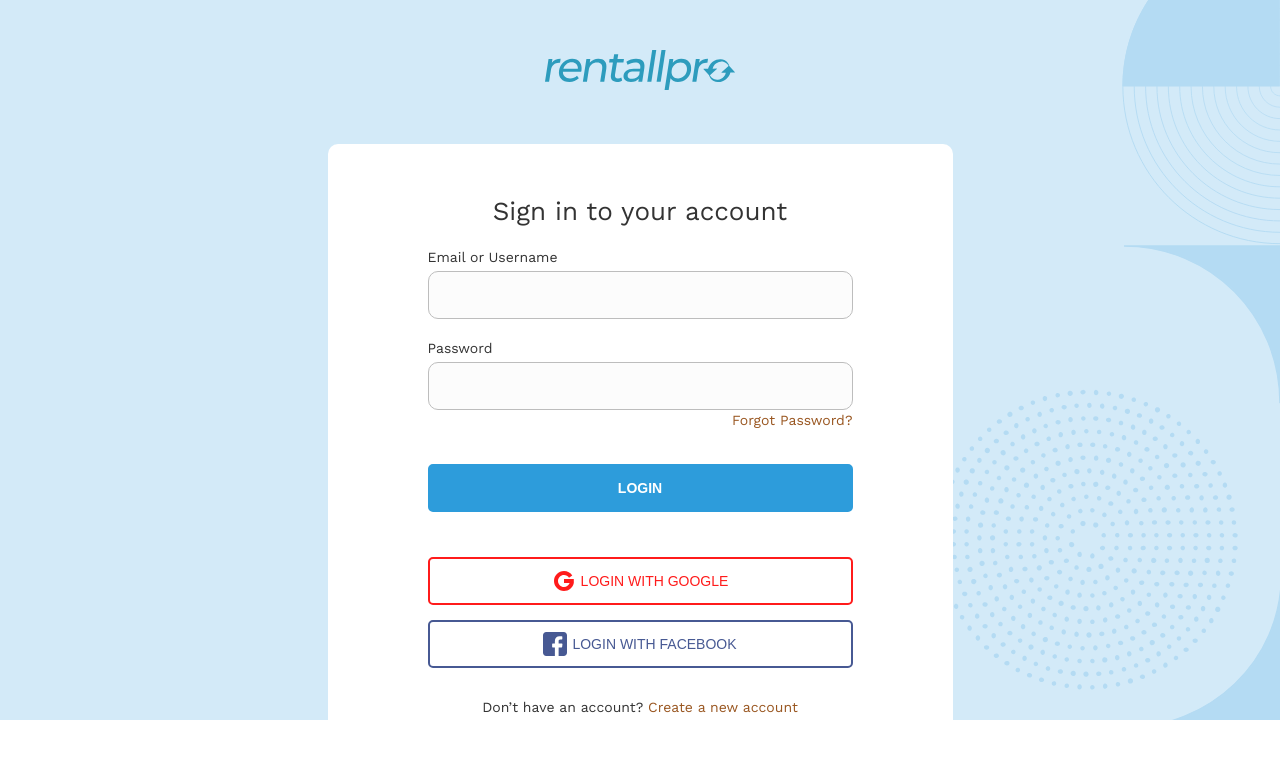
Repository: RentallPro/rentallpro-frontend
Page: /
The author's editor kept a copy of each file at every save. The page is drawn from the files as they stood at one save, then again after the next save.
The browser window is 1280 px wide. The pictures show the whole page.
The project was rebuilt for these pictures with package versions that can differ from the ones it lists, and the page was loaded fresh each time.

Above is the page before, as saved 2020-12-10 00:12:27.

### public/index.html
<!DOCTYPE html>
<html lang="en">
  <head>
    <meta charset="utf-8">
    <meta http-equiv="X-UA-Compatible" content="IE=edge">
    <meta name="viewport" content="width=device-width,initial-scale=1.0">
    <link rel="icon" href="<%= BASE_URL %>favicon.ico">
    <link href="https://fonts.googleapis.com/css?family=Work+Sans&display=swap" rel="stylesheet">
    <title><%= htmlWebpackPlugin.options.title %></title>
  </head>
  <body>
    <noscript>
      <strong>We're sorry but <%= htmlWebpackPlugin.options.title %> doesn't work properly without JavaScript enabled. Please enable it to continue.</strong>
    </noscript>
    <div id="app"></div>
    <!-- built files will be auto injected -->
  </body>
</html>

### src/App.vue
<template>
  <div id="app">
    <router-view/>
  </div>
</template>

<style lang="scss">
* {
  margin: 0;
  padding: 0;
  box-sizing: border-box;
}
#app {
  font-family: 'Work Sans', sans-serif;
}
button {
  cursor: pointer;
}
</style>

### src/router/index.js
import Vue from 'vue'
import VueRouter from 'vue-router'
import Home from '../views/Auth/Home.vue'

Vue.use(VueRouter)

const routes = [
  {
    path: '/',
    name: 'Home',
    component: Home
  },
  {
    path: '/signup',
    name: 'SignUp',
    // route level code-splitting
    // this generates a separate chunk (about.[hash].js) for this route
    // which is lazy-loaded when the route is visited.
    component: () => import(/* webpackChunkName: "about" */ '../views/Auth/SignUp.vue')
  },
  {
    path: '/reset-password',
    name: 'ResetPassword',
    // route level code-splitting
    // this generates a separate chunk (about.[hash].js) for this route
    // which is lazy-loaded when the route is visited.
    component: () => import(/* webpackChunkName: "about" */ '../views/Auth/ResetPassword.vue')
  }
]

const router = new VueRouter({
  mode: 'history',
  base: process.env.BASE_URL,
  routes
})

export default router

### src/views/Auth/Home.vue
<template>
  <div class="auth signin">
    <div class="form-container">
      <div class="logo"><img src="@/assets/logo.svg" alt="logo"></div>
      <div class="form-wrapper">
        <h3 class="form-title">Sign in to your account</h3>
        <div class="input">
          <label for="Email">Email or Username</label>
          <input type="text">
        </div>
        <div class="input">
          <label for="password">Password</label>
          <input :type='passwordFieldType' v-model="password">
          <p><router-link :to="{name: 'ResetPassword'}">Forgot Password?</router-link></p>
        </div>
        <button class="login-button button">
          LOGIN
        </button>
        <div class="social-buttons">
          <button class="google-button button">
            <div class="flex">
              <svg width="24" height="24" viewBox="0 0 24 24" fill="none" xmlns="http://www.w3.org/2000/svg">
                <path d="M6 12C6 15.3137 8.68629 18 12 18C14.6124 18 16.8349 16.3304 17.6586 14H12V10H21.8047V14H21.8C20.8734 18.5645 16.8379 22 12 22C6.47715 22 2 17.5228 2 12C2 6.47715 6.47715 2 12 2C15.445 2 18.4831 3.742 20.2815 6.39318L17.0039 8.68815C15.9296 7.06812 14.0895 6 12 6C8.68629 6 6 8.68629 6 12Z" fill="#FF1B1B"/>
              </svg>
              <span>LOGIN WITH GOOGLE</span>
            </div>
          </button>
          <button class="facebook-button button">
            <div class="flex">
              <svg width="24" height="24" viewBox="0 0 24 24" fill="none" xmlns="http://www.w3.org/2000/svg">
                <path d="M20.7657 0H3.23405C1.44797 0 0 1.44791 0 3.23405V20.7658C0 22.552 1.44791 23.9999 3.23405 23.9999H11.8806L11.8953 15.4236H9.66721C9.37765 15.4236 9.14264 15.1895 9.14152 14.8999L9.13084 12.1354C9.12972 11.8443 9.36544 11.6077 9.65659 11.6077H11.8806V8.93651C11.8806 5.83661 13.7739 4.14869 16.5392 4.14869H18.8083C19.0986 4.14869 19.3341 4.38406 19.3341 4.67444V7.00547C19.3341 7.29573 19.0988 7.53104 18.8086 7.53122L17.4161 7.53187C15.9122 7.53187 15.621 8.24648 15.621 9.29522V11.6078H18.9255C19.2404 11.6078 19.4847 11.8827 19.4476 12.1954L19.1199 14.9599C19.0885 15.2244 18.8642 15.4237 18.5978 15.4237H15.6357L15.621 24H20.7658C22.5519 24 23.9998 22.5521 23.9998 20.766V3.23405C23.9998 1.44791 22.5519 0 20.7657 0Z" fill="#475993"/>
              </svg>
              <span>LOGIN WITH FACEBOOK</span>
            </div>
          </button>
        </div>
        <p class="option">Don’t have an account? <span><router-link :to="{name: 'SignUp'}">Create a new account</router-link></span></p>
      </div>
    </div>
  </div>
</template>

<script>
// @ is an alias to /src


</script>
<script src="./Home.js"></script>

<style lang="scss" src="./Home.scss" scoped></style>

### src/views/Auth/Home.scss
.signin {
    height: 100vh;
    padding-top: 50px;
}
.signup {
    padding: 100px 0;
}
.auth {
    background: #D3EAF8;
    background-image: url(../../assets/Patern.svg);
    background-repeat: no-repeat;
    background-position-y: top;
    background-position-x: right;
    width: 100%;
    .form-container {
        max-width: 625px;
        display: block;
        margin: auto;
        .button {
            height: 48px;
            width: 100%;
            border-radius: 5px;
            font-size: 14px;
            line-height: 18px;
        }
        .logo {
            text-align: center;
        }
        .form-wrapper {
            width: 100%;
            padding: 50px 100px;
            background: #FFFFFF;
            border-radius: 10px;
            margin-top: 50px;
            .small-text {
                font-style: normal;
                font-weight: normal;
                font-size: 16px;
                line-height: 21px;
                color: #333333;
                margin-top: 12px;
                margin-bottom: 40px;
                text-align: center;
            }
            .form-title {
                font-style: normal;
                font-weight: 500;
                font-size: 26px;
                line-height: 34px;
                color: #333333;
                text-align: center;
            }
            .input {
                display: flex;
                flex-direction: column;
                margin-top: 20px;
                label {
                    font-style: normal;
                    font-weight: normal;
                    font-size: 14px;
                    line-height: 18px;
                    color: #333333;
                }
                input {
                    height: 48px;
                    background: #FCFCFC;
                    border: 1px solid #BDBDBD;
                    border-radius: 10px;
                    margin-top: 5px;
                    padding: 5px 15px;
                }
                p {
                    text-align: right;
                    a {
                        font-weight: normal;
                        font-size: 14px;
                        line-height: 18px;
                        color: #995620;
                        margin-top: 5px;
                        text-decoration: none;
                    }
                }
            }
            .login-button {
                background: #2D9CDB;
                border: 2px solid #2D9CDB;
                font-style: normal;
                font-weight: bold;
                color: #FFFFFF;
                margin-top: 35px;
            }
            .social-buttons {
                margin-top: 45px;
                .google-button {
                    color: #FF1B1B;
                    border: 2px solid #FF1B1B;
                    font-weight: 500;
                    background-color: #FFFFFF;
                    display: flex;
                    align-items: center;
                    justify-content: center;
                    .flex {
                        display: flex;
                        align-items: center;
                        span {
                            margin-left: 5px;
                        }
                    }
                }
                .facebook-button {
                    color: #475993;
                    border: 2px solid #475993;
                    background-color: #FFFFFF;
                    font-weight: 500;
                    margin-top: 15px;
                    display: flex;
                    align-items: center;
                    justify-content: center;
                    .flex {
                        display: flex;
                        align-items: center;
                        span {
                            margin-left: 5px;
                        }
                    }
                }
            }
            .option {
                font-style: normal;
                font-weight: normal;
                font-size: 14px;
                line-height: 18px;
                color: #333333;
                text-align: center;
                margin-top: 30px;
                a {
                    color: #995620;
                    text-decoration: none;
                }
            }
        }
    }
}
@media screen and (max-width: 768px) {
    .signin {
        height: auto;
    }
    .auth {
        background-image: none;
        background-color: #FFFFFF;
        .form-container {
            padding-top: 75px;
            .logo {
                img {
                    height: 24px;
                }
            }
            .form-wrapper {
                padding: 20px;
            }
        }
    }
}

### src/views/Auth/Home.js
export default {
    name: 'Home',
    components: {
    },
    data() {
        return {
            password: '',
            passwordFieldType: 'password'
        }
    },
    methods: {
        switchVisibility() {
          this.passwordFieldType = this.passwordFieldType === 'password' ? 'text' : 'password'
        }
    }
  }

Loaded but not shown: src/main.js (common file); src/store/index.js (common file)

After the next save:
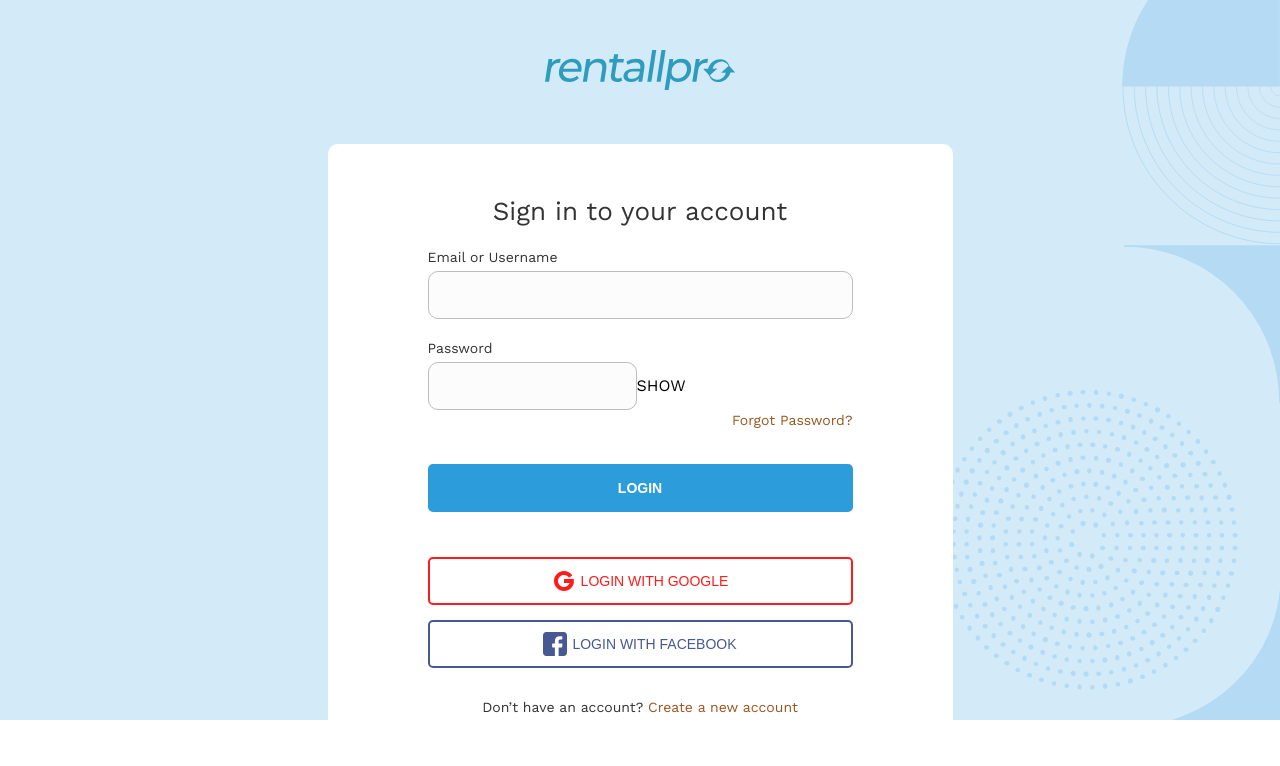
Saved 2 min 47 s later.
--- a/src/views/Auth/Home.vue
+++ b/src/views/Auth/Home.vue
@@ -10,7 +10,10 @@
         </div>
         <div class="input">
           <label for="password">Password</label>
-          <input :type='passwordFieldType' v-model="password">
+          <div>
+            <input :type='passwordFieldType' v-model="password">
+            <span>SHOW</span>
+          </div>
           <p><router-link :to="{name: 'ResetPassword'}">Forgot Password?</router-link></p>
         </div>
         <button class="login-button button">
